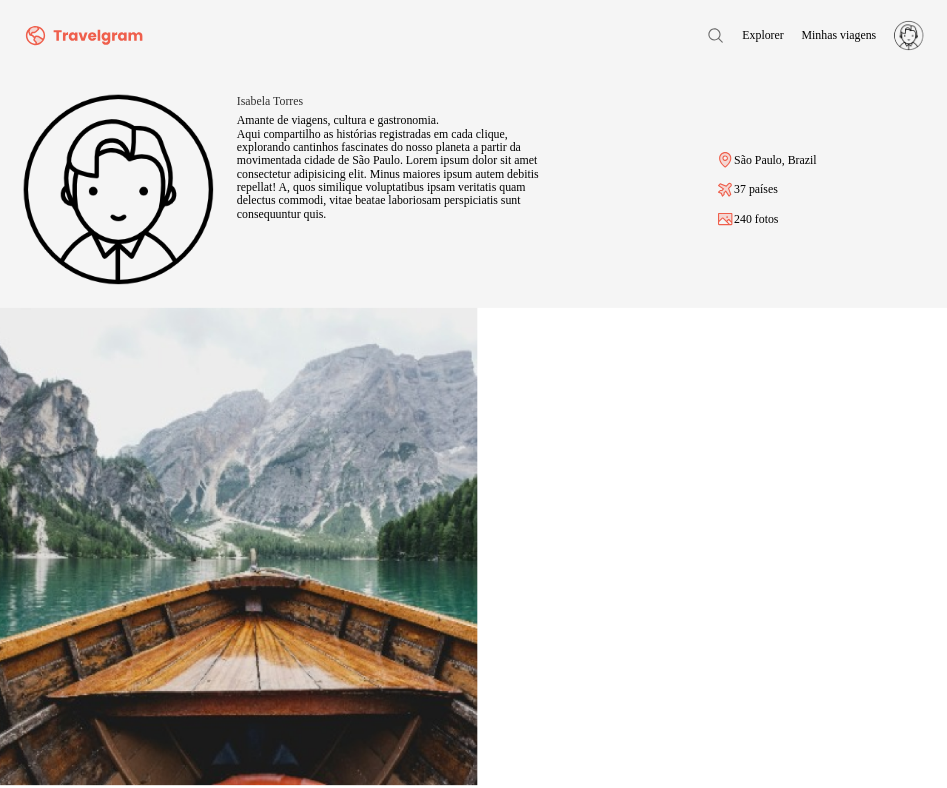
Repository: JeffRodFer/projeto-Travelgran-Rockeseat
Page: index.html
The author's editor kept a copy of each file at every save. The page is drawn from the files as they stood at one save, then again after the next save.
The browser window is 1280 px wide. The pictures show the whole page, at 74% of full size.

Above is the page before, as saved 2025-03-22 16:41:18.

### index.html
<!DOCTYPE html>
<html lang="pt-br">
    <head>

        <link rel="preconnect" href="https://fonts.googleapis.com">
        <link rel="preconnect" href="https://fonts.gstatic.com" crossorigin>
        <meta charset="UTF-8">
        <meta name="viewport" content="width=device-width, initial-scale=1.0">
        <title>travelgran | Perfil de viagens</title>
        <link rel="stylesheet" href="styles/index.css">
        <link href="https://fonts.googleapis.com/css2?family=Bree+Serif&family=Poppins:wght@400;700&display=swap" rel="stylesheet">

    </head>
    <body>
         <div class="bg-surface-color">
                <nav class="container">
                        <a href="#" id="logo">
                        <img src="assets/Logo.svg" alt="logomarca">
                        </a>
                    <ul id="primary-menu">
                        <li>
                            <a href="#">
                                <img src="assets/icons/MagnifyingGlass.svg" alt="ícone de lupa">
                            </a>
                        </li>
                        <li><a href="#">Explorer</a></li>
                        <li><a href="#">Minhas viagens</a></li>
                        <li><a href="#">
                            <img src="assets/profi-pic-2.png" alt="foto de perfil do boy">
                            </a>
                        </li>
                    </ul
                    </nav>
         </div>
         <div class="bg-surface-color">
                <header>
                    <div class="container">
                        <div id="profile">
                            <img src="assets/profi-pic-2.png" alt="imagem do boy">
                             <div>
                                    <h1>Isabela Torres</h1>
                                    <p>
                                        Amante de viagens, cultura e gastronomia.<br> Aqui compartilho as histórias registradas em cada clique, explorando cantinhos fascinates do nosso planeta a partir da movimentada cidade de São Paulo. Lorem ipsum dolor sit amet consectetur adipisicing elit. Minus maiores ipsum autem debitis repellat! A, quos similique voluptatibus ipsam veritatis quam delectus commodi, vitae beatae laboriosam perspiciatis sunt consequuntur quis.
                                    </p>
                             </div>
                        </div>
                            <ul id="info">
                                <li>
                                    <img src="assets/icons/MapPin.svg" alt="ícone de mapa">
                                    <span>São Paulo, Brazil</span>
                                </li>
                                <li>
                                    <img src="assets/icons/AirplaneTilt.svg" alt="ícone de avião">
                                    <span>37 países</span>
                                </li>
                                <li>
                                    <img src="assets/icons/Image.svg" alt="ícone de fotos">
                                    <span>240 fotos</span>
                                </li>
                            </ul>
                    </div>
                </header>
        </div>
        <main>
            <img src="assets/images/Image 01.png" alt="...">
        </main>
    </body>


</html>

### styles/global.css
* {
    margin: 0;
    padding: 0;
    box-sizing: border-box;
}
:root {
--brand-color: #ef5f4c;
--background-color: #ffffff;
--surface-color: #f5f5f5;
--skeleton-color: #d9d9d9;
--shape-transparent: #ffffff8f;
--text-color-primary: #313131;
--text-color-secondary: #6c6c6c:

--font-family: "Poppins" , sans-serif;
--text-lg: bold 32px/125% var(--font-family);
--text: 16px/1.5 var(--font-family);
--text-md: 14px/170% var(--font-family);
--text-sm: 12px/170% var(--font-family);

}
body {
    font: var(--text);
    color: var(--text-color-secondary);
    background-color: var(--background-color);
}
a {
    text-decoration: none;
    color: inherit;
}
a:hover {
    color: var(--brand-color);
    text-decoration: underline;
}

.container {
    padding-inline: 32px;
    margin-inline: auto;
}

.bg-surface-color {
    background-color: var(--surface-color);
}

### styles/nav.css
nav {
    display: flex;
    justify-content: space-between;
    align-items: center;

    line-height: 0;
    padding-block: 20px;

}

nav ul {
    display: flex;
    list-style: none;
    align-items: center;
    gap: 24px;

    padding-block: 8px;;
}

nav ul li:last-child img {
    width: 40px;
    height: 40px;
    object-fit: cover;
    border-radius: 50%;
}

### styles/header.css
header {
    padding-block: 32px;

    font: var(--text-md);

}

header .container {
    display: flex;
    justify-content: space-between;
    align-items: center;
}

#profile {
    display: flex;
    gap: 32px;
}

#profile > div {
    max-width: 420px;
}

#profile h1 {
    font: var(--text-lg);
    color: var(--text-color-primary);
    margin-bottom: 8px;
}

#info {
    display: flex;
    flex-direction: column;
    gap: 16px;

    width: 280px;
}
#info li {
    display: flex;
    align-items: center;
}

Loaded but not shown: styles/index.css (common file)

After the next save:
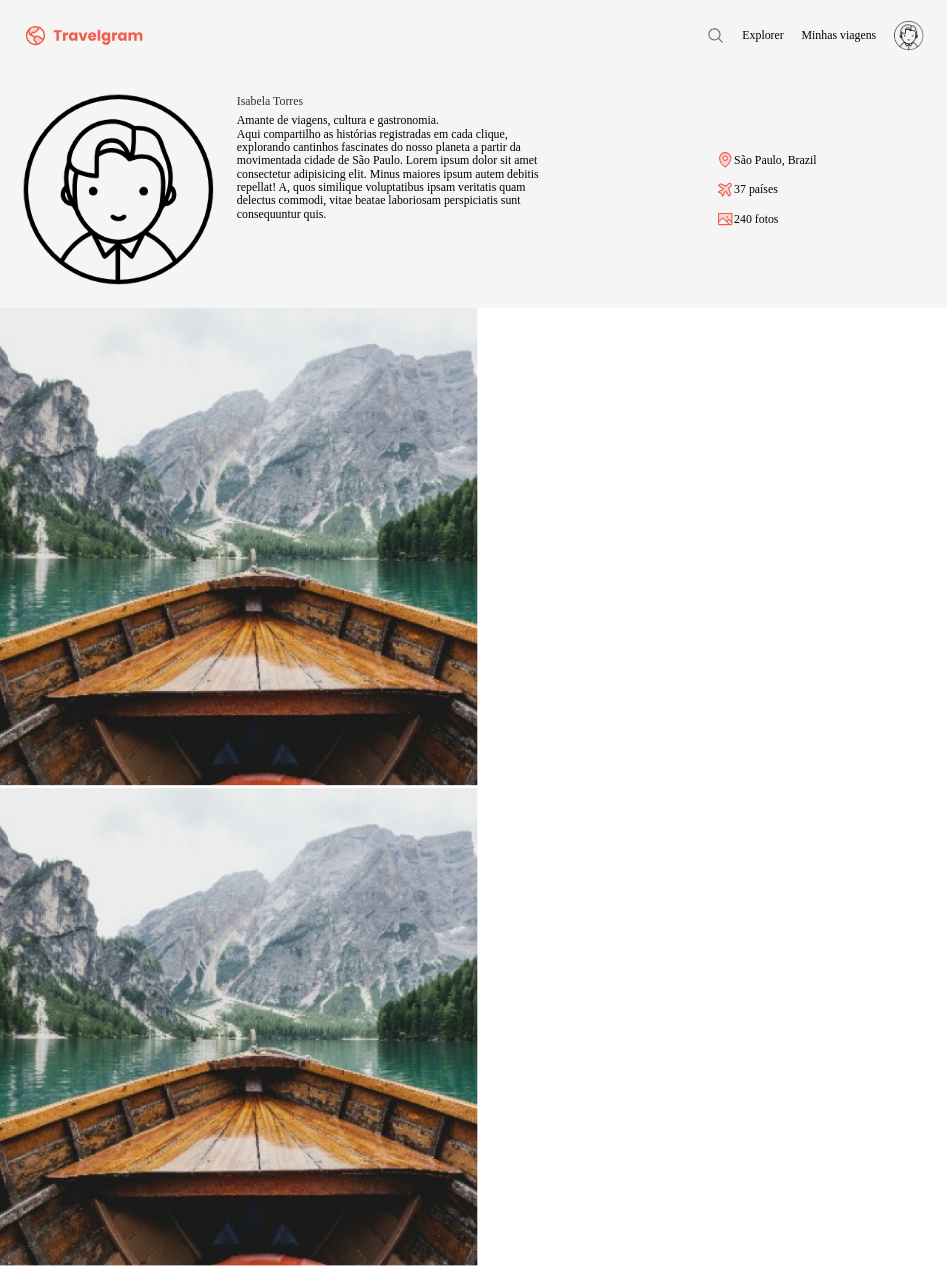
Saved 6 s later.
--- a/index.html
+++ b/index.html
@@ -63,6 +63,7 @@
         </div>
         <main>
             <img src="assets/images/Image 01.png" alt="...">
+            <img src="assets/images/Image 01.png" alt="...">
         </main>
     </body>
 
